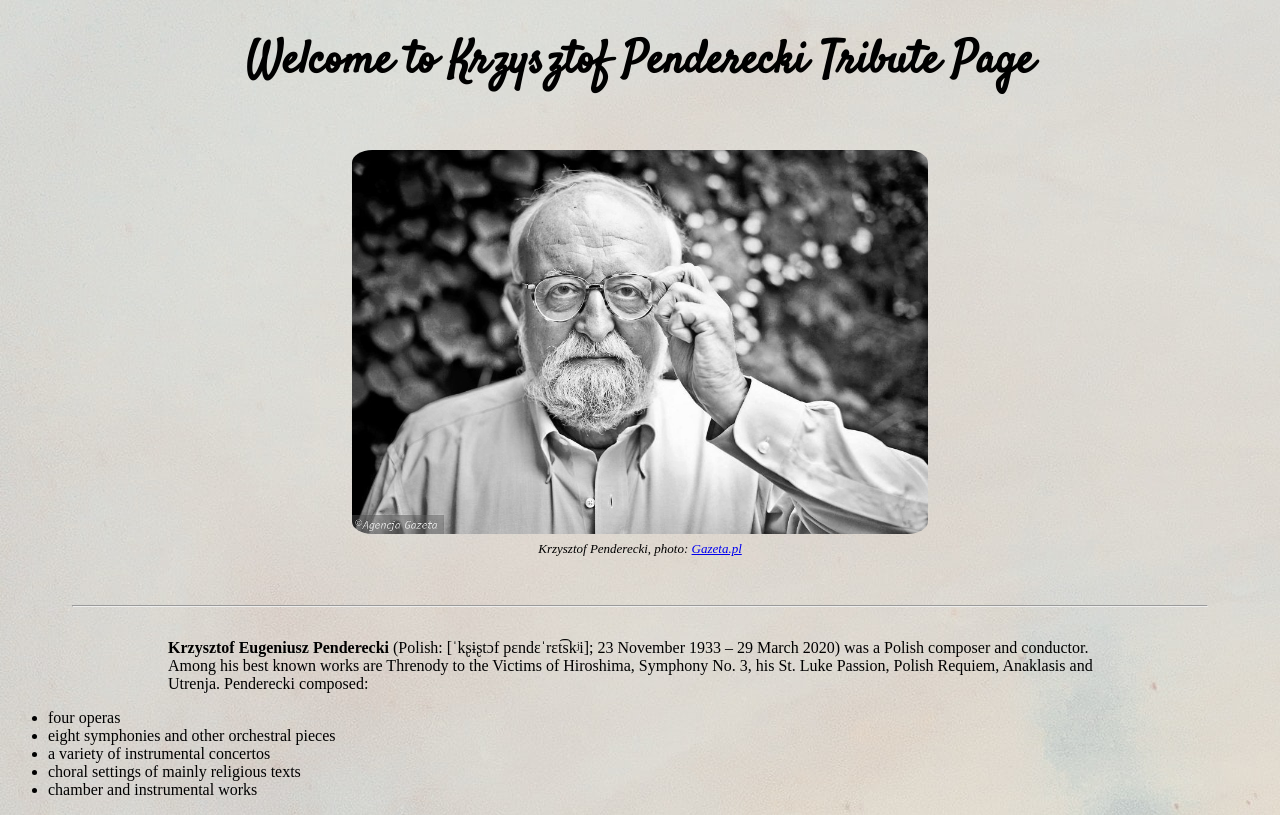
Repository: justynke/tribute_page
Page: index.html
An editor plug-in stored every save of this project. The page is shown before and after the next save, followed by the edit.
The browser window is 1280 px wide. The pictures show the whole page.

Above is the page before, as saved 2020-04-23 00:10:10.

### index.html
<!DOCTYPE html>
<html lang = "pl-PL">
<head>
    <link href="https://fonts.googleapis.com/css2?family=Satisfy&display=swap" rel="stylesheet">
    <link rel="stylesheet" type="text/css" href="styles.css">
    <title>Krzysztof Penderecki Tribute Page</title>
</head>
<body>
    <h1 id = "title">Welcome to Krzysztof Penderecki Tribute Page</h1>
    <div id = "img-div">
        <figure>
            <img id = "image" src = "images/penderecki_01.jpg" alt = "Krzysztof Penderecki">
            <figcaption>Krzysztof Penderecki, photo: <a href = "http://gazeta.pl">Gazeta.pl</a></figcaption>
        </figure>
    </div>

    <hr>

    <p>
        <b>Krzysztof Eugeniusz Penderecki</b> (Polish: [ˈkʂɨʂtɔf pɛndɛˈrɛt͡skʲi]; 23 November 1933 – 29 March 2020) was a Polish composer and conductor. Among his best known works are Threnody to the Victims of Hiroshima, Symphony No. 3, his St. Luke Passion, Polish Requiem, Anaklasis and Utrenja. Penderecki composed:
        <ul>
            <li>four operas</li>
            <li>eight symphonies and other orchestral pieces</li>
            <li>a variety of instrumental concertos</li>
            <li>choral settings of mainly religious texts</li>
            <li>chamber and instrumental works</li>
        </ul>
    </p>








</body>
</html>

### styles.css
body {
    background-image: url(images/background.jpg);
}

h1 {
    text-align: center;
    font-family: Satisfy;
    font-size: 45px;
    margin-bottom: 0.8em;
}

#img-div {
    display: flex;
    justify-content: space-around;
}

#image {
    height: 30vw;
    width: auto;
    filter: gray; /* IE6-9 */
    -webkit-filter: grayscale(1); /* Google Chrome, Safari 6+ & Opera 15+ */
    filter: grayscale(1);
    border-style: solid;
    border-color: transparent;
    border-radius: 4%;
}


#image:hover {
    filter: grayscale(0);
}

figcaption {
    text-align: center;
    font-style: italic;
    font-size: small;
}


hr {
    margin-top: 2em;
    margin-bottom: 2em;
    margin-left: 4em;
    margin-right: 4em;
}

p {
    padding-left: 10em;
    padding-right: 10em;
}

ul ppadding-left: 10em;

After the next save:
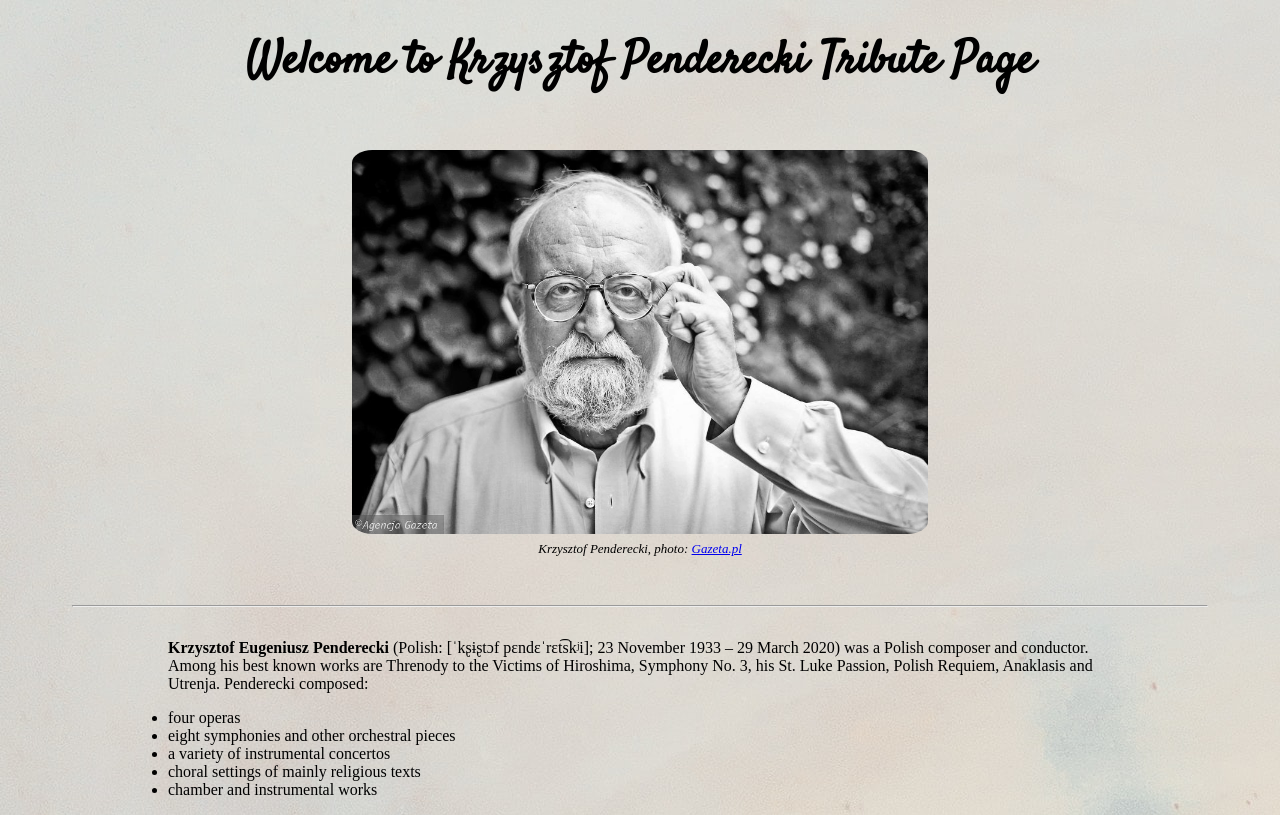
Saved 6 s later.
--- a/styles.css
+++ b/styles.css
@@ -49,4 +49,6 @@
     padding-right: 10em;
 }
 
-ul ppadding-left: 10em;
+ul {
+    padding-left: 10em;
+}
